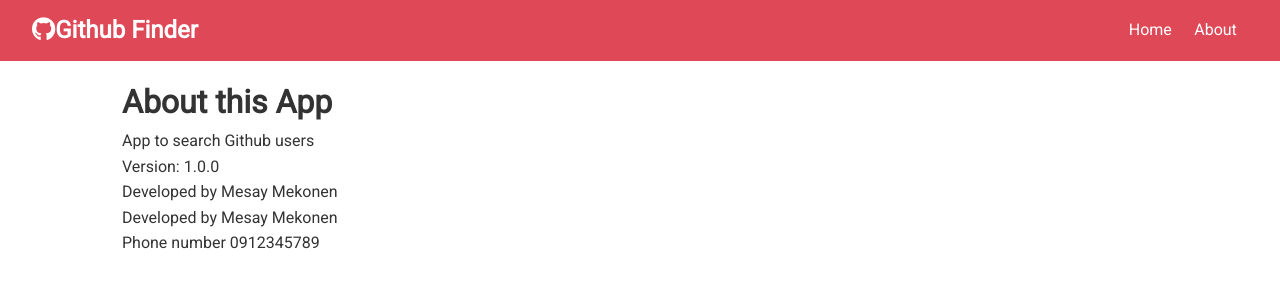
Repository: messimacky/github-finder
Page: /about
These files come from the project's save history. The page is drawn as it stood at one moment and after the next save; the edit follows.
The browser window is 1280 px wide. The pictures show the whole page.
Some web libraries are served in a nearby version. The project was rebuilt for these pictures with package versions that can differ from the ones it lists, and the page was loaded fresh each time. Also part of the build but not shown: src/users/UserItem.js, src/components/layout/Spinner.js, src/users/Users.js, src/users/User.js, src/users/Search.js, src/components/layout/Alert.js.

Above is the page before, as saved 2022-02-27 15:10:47.

After the next save:
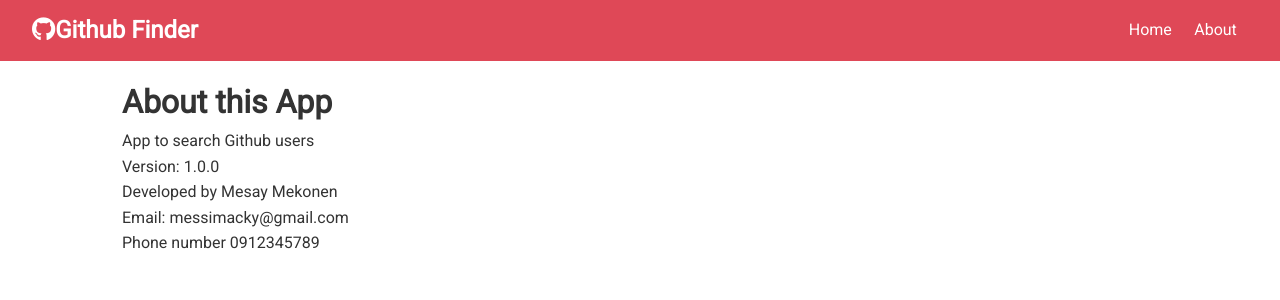
Saved 22 s later.
--- a/src/components/pages/About.js
+++ b/src/components/pages/About.js
@@ -7,7 +7,7 @@ const About = () => {
             <p>App to search Github users</p>
             <p>Version: 1.0.0</p>
             <p>Developed by Mesay Mekonen</p>
-            <p>Developed by Mesay Mekonen</p>
+            <p>Email: messimacky@gmail.com</p>
             <p>Phone number 0912345789</p>
         </Fragment>
     );
